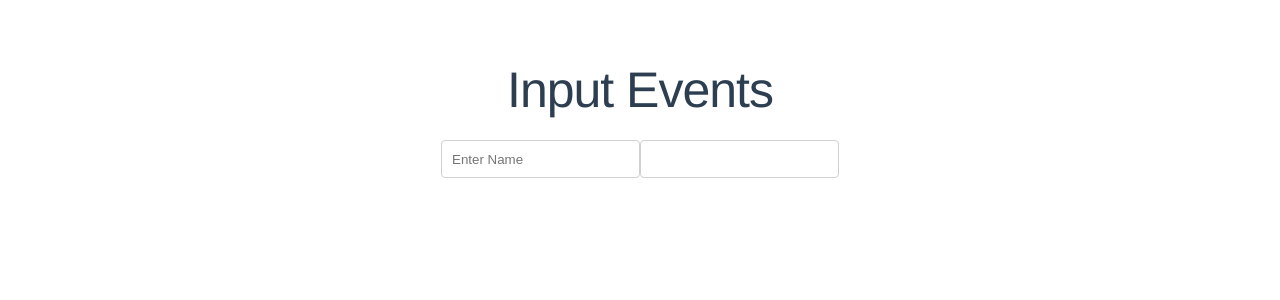
Repository: chsvk/Vue-JS-Course
Page: /home
An editor plug-in stored every save of this project. The page is shown before and after the next save, followed by the edit.
The browser window is 1280 px wide. The pictures show the whole page.
The project was rebuilt for these pictures with package versions that can differ from the ones it lists, and the page was loaded fresh each time. Also part of the build but not shown: src/components/HelloWorld.vue.

Above is the page before, as saved 2019-03-11 22:41:34.

### public/index.html
<!DOCTYPE html>
<html lang="en">
  <head>
    <meta charset="utf-8">
    <meta http-equiv="X-UA-Compatible" content="IE=edge">
    <meta name="viewport" content="width=device-width,initial-scale=1.0">
    <link rel="icon" href="<%= BASE_URL %>favicon.ico">
    <link rel="stylesheet" href="https://cdnjs.cloudflare.com/ajax/libs/skeleton/2.0.4/skeleton.min.css">
    <title>testproject</title>
  </head>
  <body>
    <noscript>
      <strong>We're sorry but testproject doesn't work properly without JavaScript enabled. Please enable it to continue.</strong>
    </noscript>
    <div id="app"></div>
    <!-- built files will be auto injected -->
  </body>
</html>

### src/App.vue
<template>
  <div id="app">
   <h1>Input Events</h1>

   <form @submit="submitPressed()" action="">
     <input type="text" @blur="blur()" placeholder="Enter Name">
    <input type="text" @focus="focus()">
   </form>
  </div>
</template>

<script>
import HelloWorld from './components/HelloWorld.vue'

export default {
  name: 'app',
  data(){
    return{
      name: ""
    }
  },
  methods: {
    blur(){
      alert('Clicked Off input field')
    },
    focus(){
      alert('You Have focuessed')
    },
    submitPressed(){
      alert('Submit Pressed')
    }
  }

}
</script>

<style lang="scss">
#app {
  font-family: 'Avenir', Helvetica, Arial, sans-serif;
  -webkit-font-smoothing: antialiased;
  -moz-osx-font-smoothing: grayscale;
  text-align: center;
  color: #2c3e50;
  margin-top: 60px;
}
</style>

Loaded but not shown: src/main.js (common file)

After the next save:
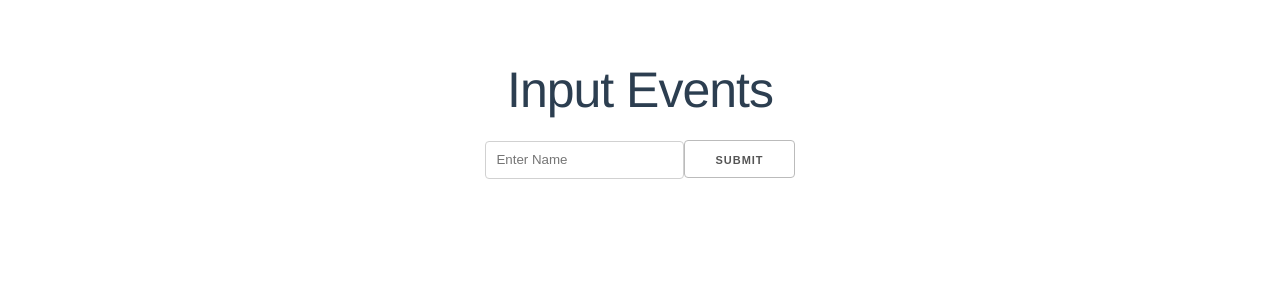
Saved 33 s later.
--- a/src/App.vue
+++ b/src/App.vue
@@ -4,7 +4,7 @@
 
    <form @submit="submitPressed()" action="">
      <input type="text" @blur="blur()" placeholder="Enter Name">
-    <input type="text" @focus="focus()">
+    <input type="submit" @focus="focus()">
    </form>
   </div>
 </template>
